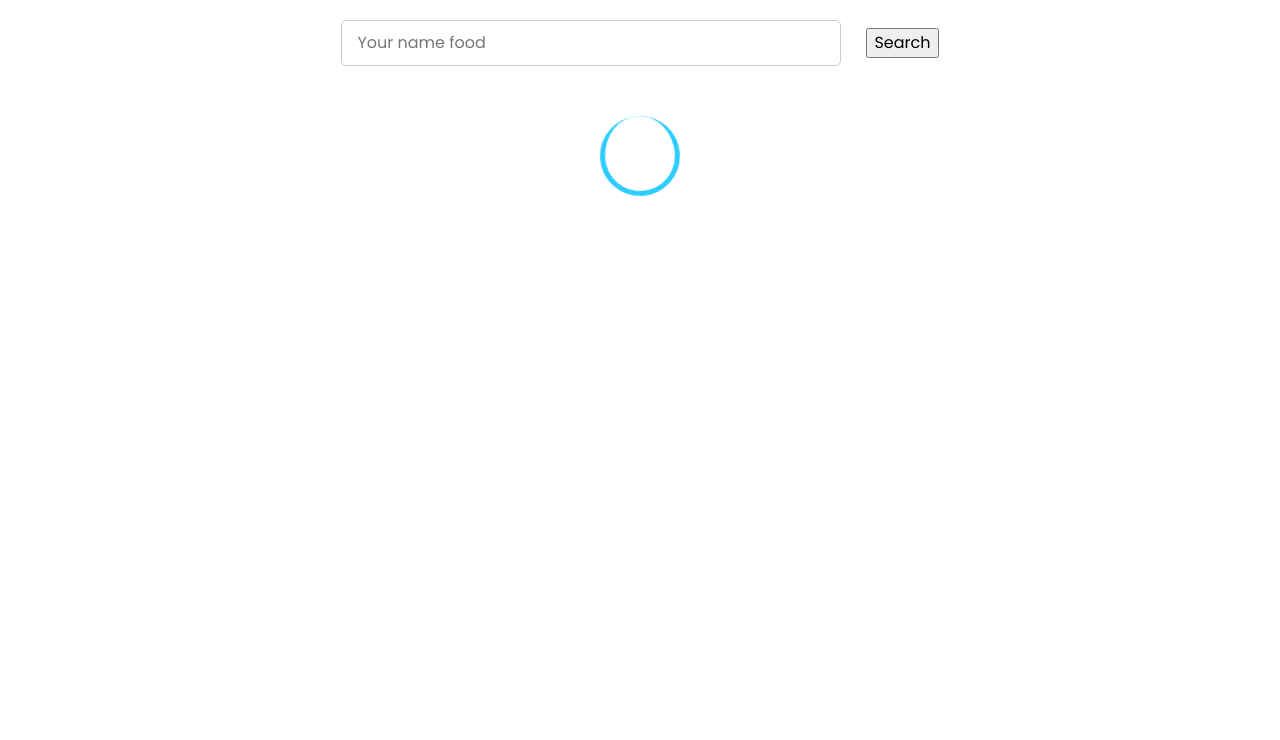
Repository: hoang0508/ReactJsDevWork
Page: /
The author's editor kept a copy of each file at every save. The page is drawn from the files as they stood at one save, then again after the next save.
The browser window is 1280 px wide. The pictures show the whole page.
The page's requests for data from a server got no answer. The project was rebuilt for these pictures with package versions that can differ from the ones it lists, and the page was loaded fresh each time. No one was signed in, and anything a server would have sent is missing.

Above is the page before, as saved 2022-02-05 20:36:17.

### src/index.scss
body {
  margin: 0;
  font-family: "Poppins", sans-serif;
  font-size: 16px;
  -webkit-font-smoothing: antialiased;
  -moz-osx-font-smoothing: grayscale;
}

code {
  font-family: source-code-pro, Menlo, Monaco, Consolas, "Courier New",
    monospace;
}

### src/App.js
import "./App.scss";
// import Button from "./components/Button/Button";
import Food from "./components/FoodApi/Food";

function App() {
  return (
    <>
      {/* <div>Hello</div> */}
      <Food />
      {/* <Button /> */}
    </>
  );
}

export default App;

### src/App.scss
@import url("https://fonts.googleapis.com/css2?family=Poppins:ital,wght@0,300;0,400;0,500;0,600;0,700;1,600&family=Red+Hat+Display:wght@300;400;500;600;700&display=swap");
*,
*::before,
*::after {
  box-sizing: border-box;
}
body,
h1,
h2,
h3,
h4,
h5,
h6,
p,
figure,
picture {
  margin: 0;
}
body {
  min-height: 100vh;
  line-height: 1.5;
}
input,
button,
select,
textarea {
  font: inherit;
}
img,
picture {
  display: block;
  max-width: 100%;
}
/* remove animation for people who've turned them off */
@media (prefers-reduced-motion: reduce) {
  *,
  *::before,
  *::after {
    animation-duration: 0.01ms !important;
    animation-iteration-count: 1 !important;
    transition-duration: 0.01ms !important;
    scroll-behavior: auto !important;
  }
}

// body {
//   background: #eb3349; /* fallback for old browsers */
//   background: -webkit-linear-gradient(
//     to right,
//     #f45c43,
//     #eb3349
//   ); /* Chrome 10-25, Safari 5.1-6 */
//   background: linear-gradient(
//     to right,
//     #f45c43,
//     #eb3349
//   ); /* W3C, IE 10+/ Edge, Firefox 16+, Chrome 26+, Opera 12+, Safari 7+ */
// }

### src/components/FoodApi/Food.js
import axios from "axios";
import lodash from "lodash";
import React, { useEffect, useRef, useState } from "react";
import "./Food.scss";

const Food = () => {
  // render data
  const [foodMeals, setFoodMeals] = useState([]);
  // khởi tạo data ô input
  const [queryMeals, setQueryMeals] = useState("chicken_breast");
  // Loading
  const [loadingFood, setLoadingFood] = useState(true);
  // url Link API
  const [url, setUrl] = useState(
    `https://www.themealdb.com/api/json/v1/1/filter.php?i=${queryMeals}`
  );
  const fetchDataFood = useRef();
  fetchDataFood.current = async () => {
    setLoadingFood(true);
    try {
      const reponse = await axios.get(url);
      // console.log(reponse.data?.meals);
      setFoodMeals(reponse.data?.meals);
      setLoadingFood(false);
    } catch (err) {
      console.log(err);
    }
  };
  // Fuction onChange input
  const handleChangeFood = lodash.debounce((e) => {
    setQueryMeals(e.target.value);
  }, 500);
  // useEffect
  useEffect(() => {
    fetchDataFood.current();
  }, [queryMeals]);
  return (
    <>
      <div className="food">
        <form>
          {/* input */}
          <input
            className="food-input"
            type="text"
            // defaultValue={queryMeals}
            placeholder="Your name food"
            onChange={(e) => handleChangeFood(e)}
          />
          <button className="food-btn">Search</button>
        </form>
        {/* loading */}
        {loadingFood && <div className="food-loading"></div>}
        {/* foodlist */}
        <div className="food-list">
          {!loadingFood &&
            foodMeals &&
            foodMeals.length > 0 &&
            foodMeals.map((item, index) => (
              <div className="food-item" key={item.idMeal}>
                <div className="food-image">
                  <img src={item.strMealThumb} alt="" />
                </div>
                <div className="food-title">{item.strMeal}</div>
              </div>
            ))}
        </div>
      </div>
    </>
  );
};

export default Food;

### src/components/FoodApi/Food.scss
.food {
  max-width: 1170px;
  margin: 20px auto 0;
  form {
    display: flex;
    align-items: center;
    justify-content: center;
    gap: 0 25px;
    margin: 0 auto;
  }
  &-input {
    display: block;
    max-width: 500px;
    width: 100%;
    border: 1px solid #ccc;
    border-radius: 5px;
    padding: 10px 15px;
    outline: none;
    overflow: hidden;
    transition: all 0.25s linear;
  }
  &-input:focus {
    border-color: #2cccff;
  }
  &-list {
    display: grid;
    grid-template-columns: repeat(3, 1fr);
    grid-gap: 40px;
    margin: 40px 0 100px;
  }
  &-item {
    background-color: #fff;
    border-radius: 10px;
    border: 1px solid #ccc;
    overflow: hidden;
    cursor: pointer;
    // transition: all 0.25s linear;
  }
  &-image {
    height: 300px;
    img {
      width: 100%;
      height: 100%;
      object-fit: cover;
    }
  }
  &-title {
    text-align: center;
    margin-top: 15px;
    font-size: 20px;
    padding: 10px 0;
  }
  &-loading {
    width: 80px;
    height: 80px;
    border-radius: 100rem;
    border: 5px solid #2cccff;
    border-right: transparent;
    animation: foodLoading 2s linear infinite;
    margin: 50px auto;
  }
  @keyframes foodLoading {
    0% {
      transform: rotate(0deg);
    }
    // 50% {
    //   transform: rotate(45deg);
    // }
    100% {
      transform: rotate(360deg);
    }
  }
}

Loaded but not shown: public/index.html (common file); src/index.js (common file); src/reportWebVitals.js (common file)

After the next save:
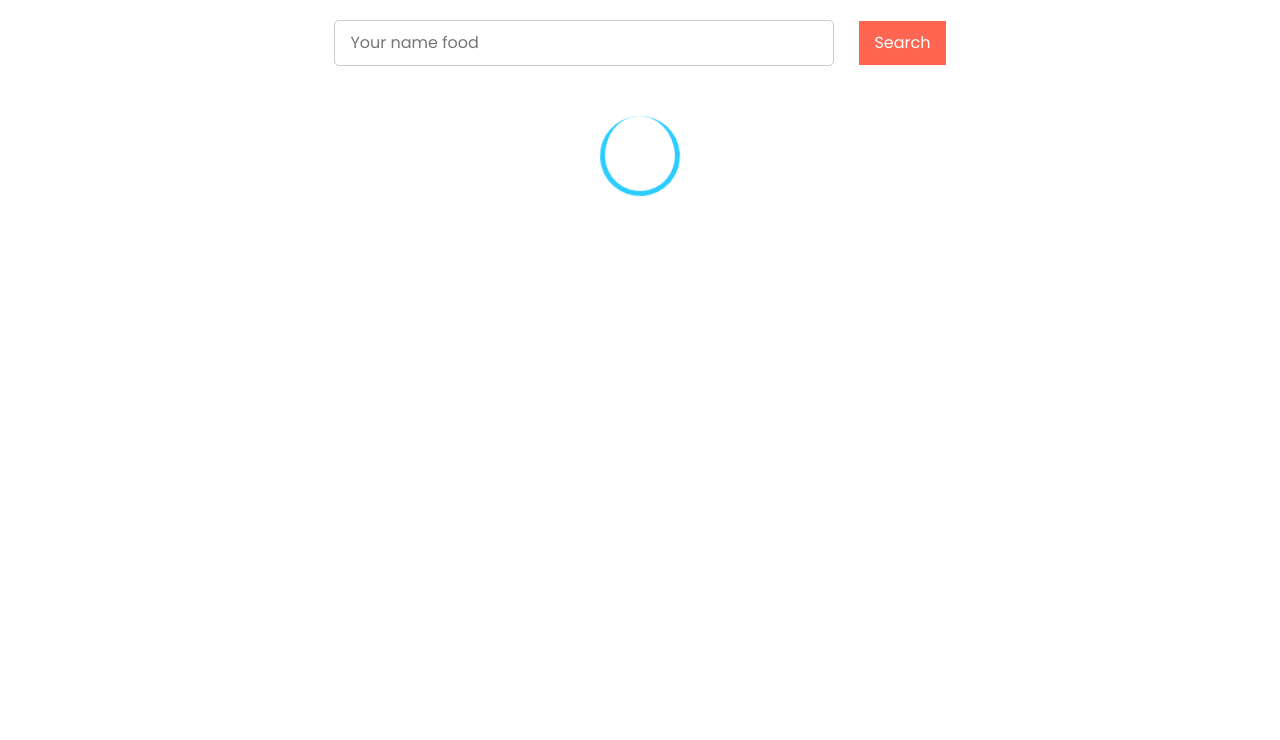
Saved 45 s later.
--- a/src/components/FoodApi/Food.scss
+++ b/src/components/FoodApi/Food.scss
@@ -21,6 +21,13 @@
   }
   &-input:focus {
     border-color: #2cccff;
+  }
+  &-btn {
+    padding: 10px 15px;
+    background-color: #ff6651;
+    color: #fff;
+    outline: none;
+    border: 0;
   }
   &-list {
     display: grid;
